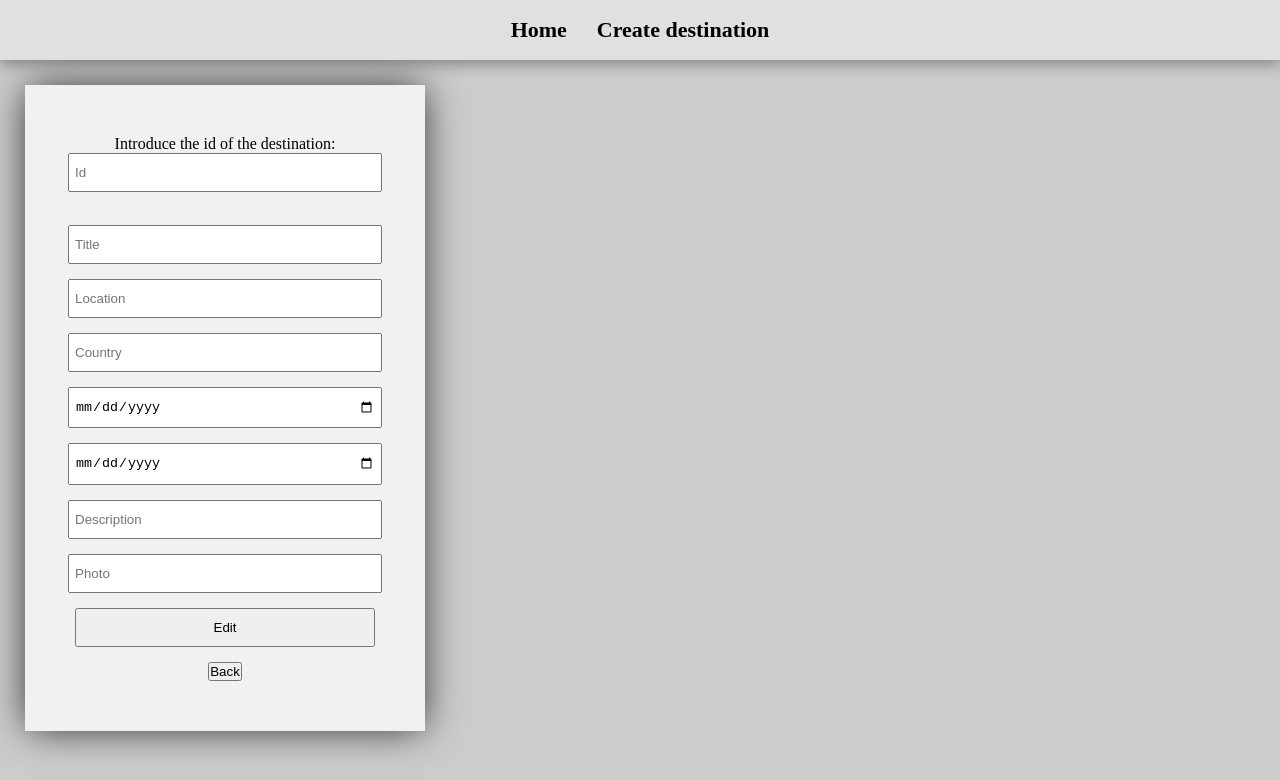
Repository: Marko2353/Travel-Destinations
Page: public/index-edit.html
An editor plug-in stored every save of this project. The page is shown before and after the next save, followed by the edit.
The browser window is 1280 px wide. The pictures show the whole page.

Above is the page before, as saved 2022-10-14 11:01:49.

After the next save:
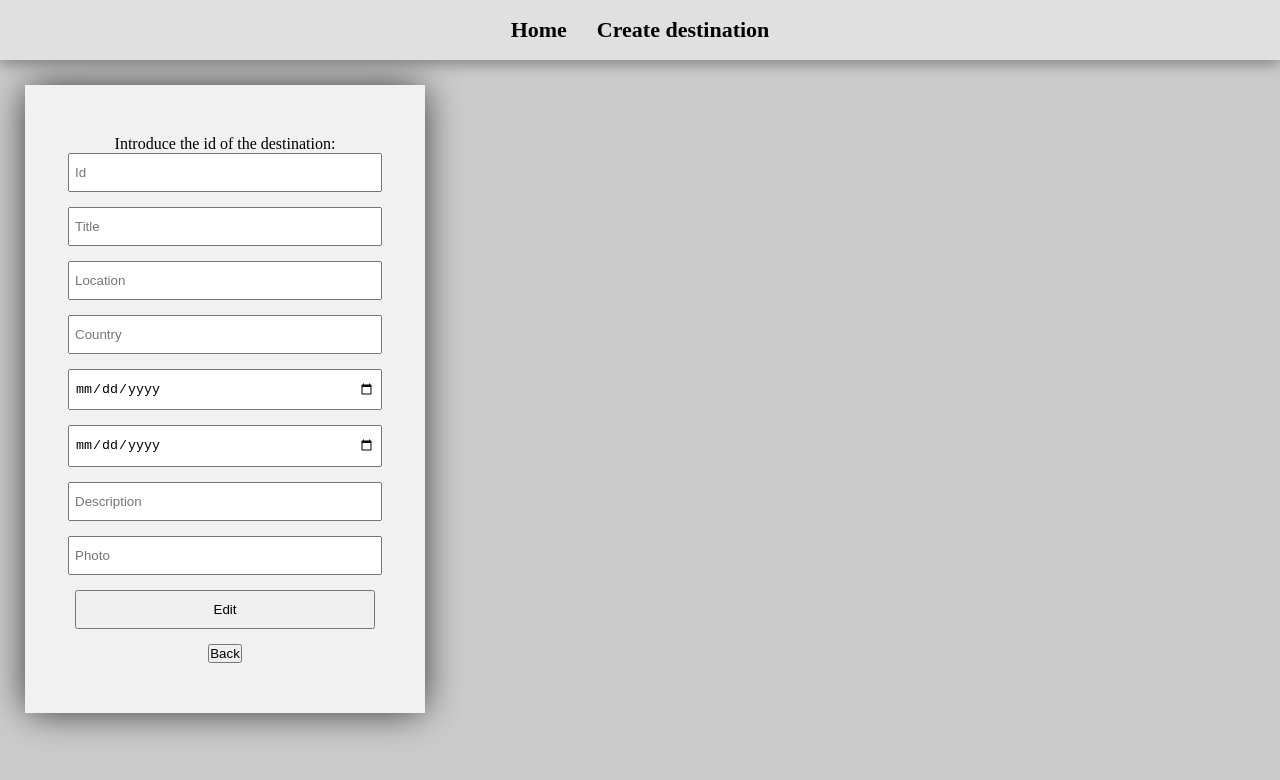
Saved 13 s later.
--- a/public/index-edit.html
+++ b/public/index-edit.html
@@ -17,7 +17,7 @@
         <div class="form-container">
           <form id="destinationForm" name="destinationForm" method="post" action="/update">
             <label for="">Introduce the id of the destination: </label>
-            <input placeholder="Id" type="text" name="id" id="id" ><br>
+            <input placeholder="Id" type="text" name="id" id="id" >
             <input placeholder="Title" type="text" name="title" id="title" >
             <input placeholder="Location" type="text" name="location" id="location" >
             <input placeholder="Country" type="text" name="country" id="country">
